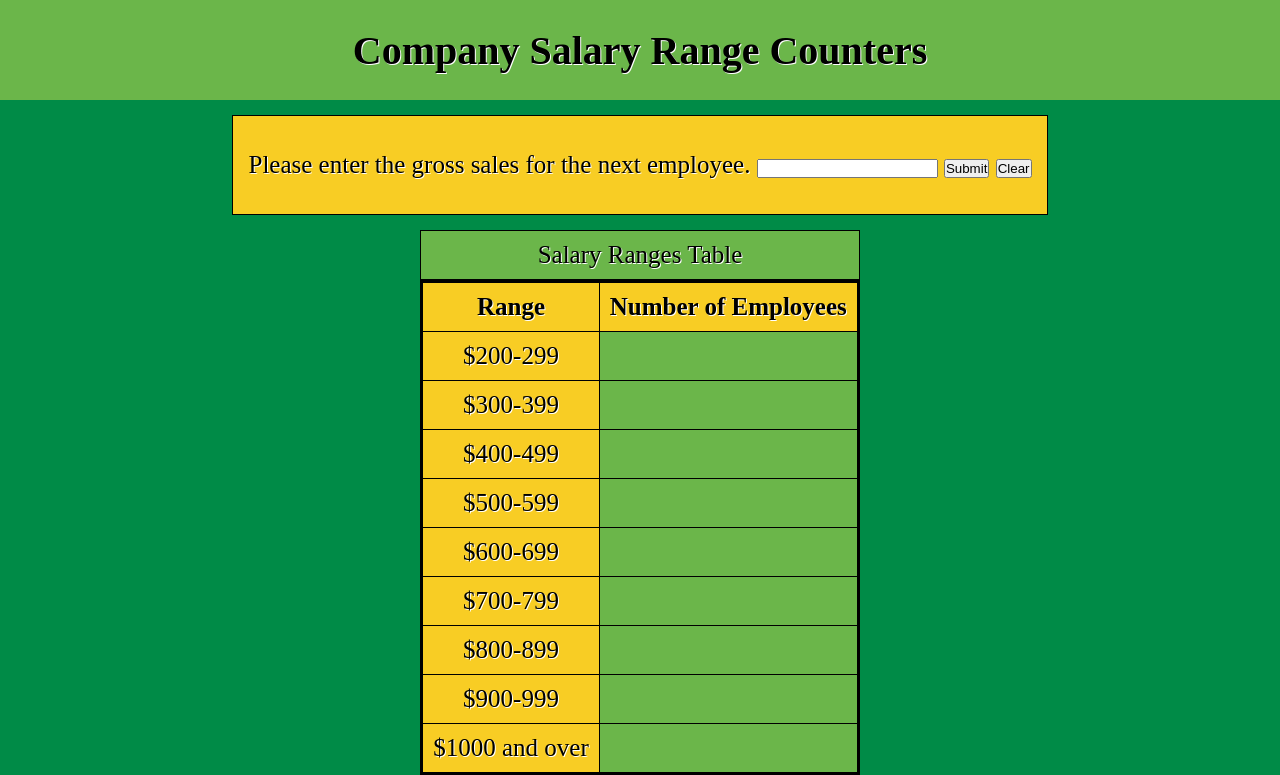
Repository: mlmEFSC21/P17-Sales-Commision
Page: sales.html
The author's editor kept a copy of each file at every save. The page is drawn from the files as they stood at one save, then again after the next save.
The browser window is 1280 px wide. The pictures show the whole page.

Above is the page before, as saved 2022-04-02 08:43:13.

After the next save:
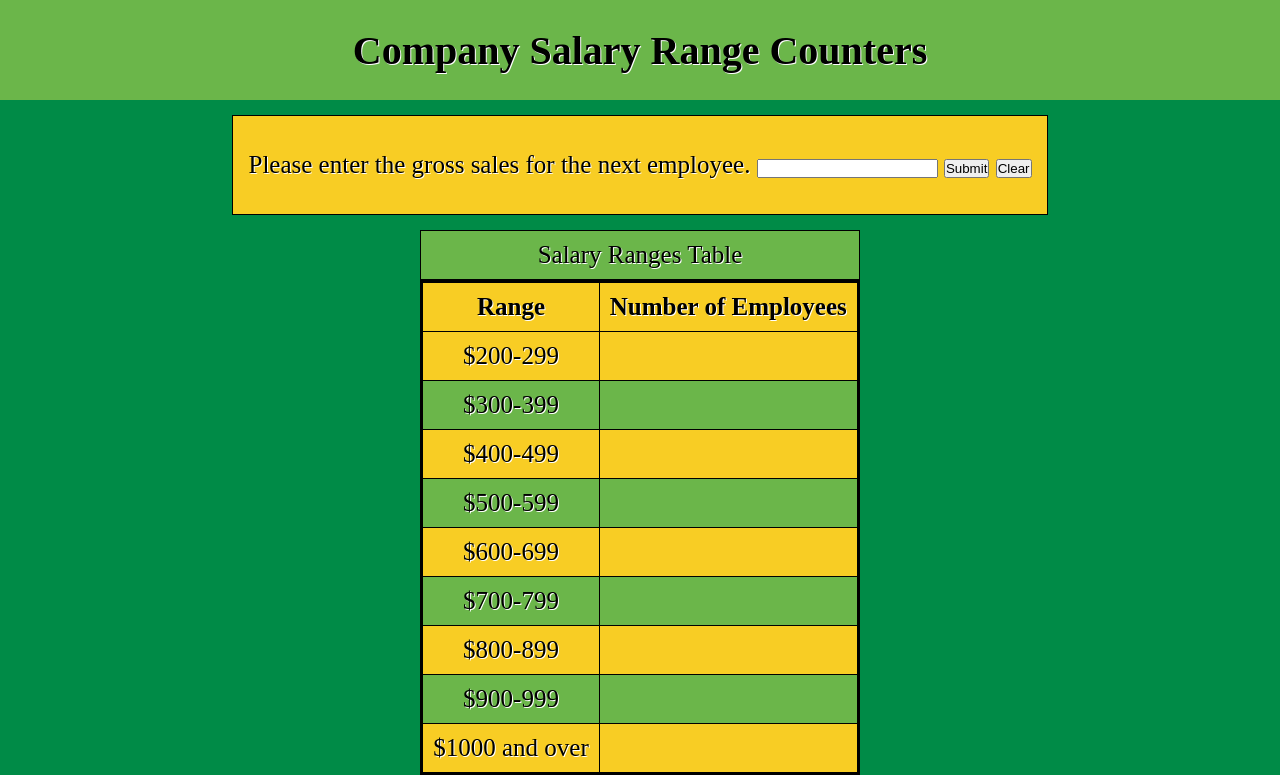
Saved 21 s later.
--- a/sales.css
+++ b/sales.css
@@ -64,6 +64,6 @@ caption {
     text-align: center;
     background-color: var(--clr-secondary);
 }
-td:nth-child(even) {
+tr:nth-child(even) {
     background-color: var(--clr-secondary);
 }
